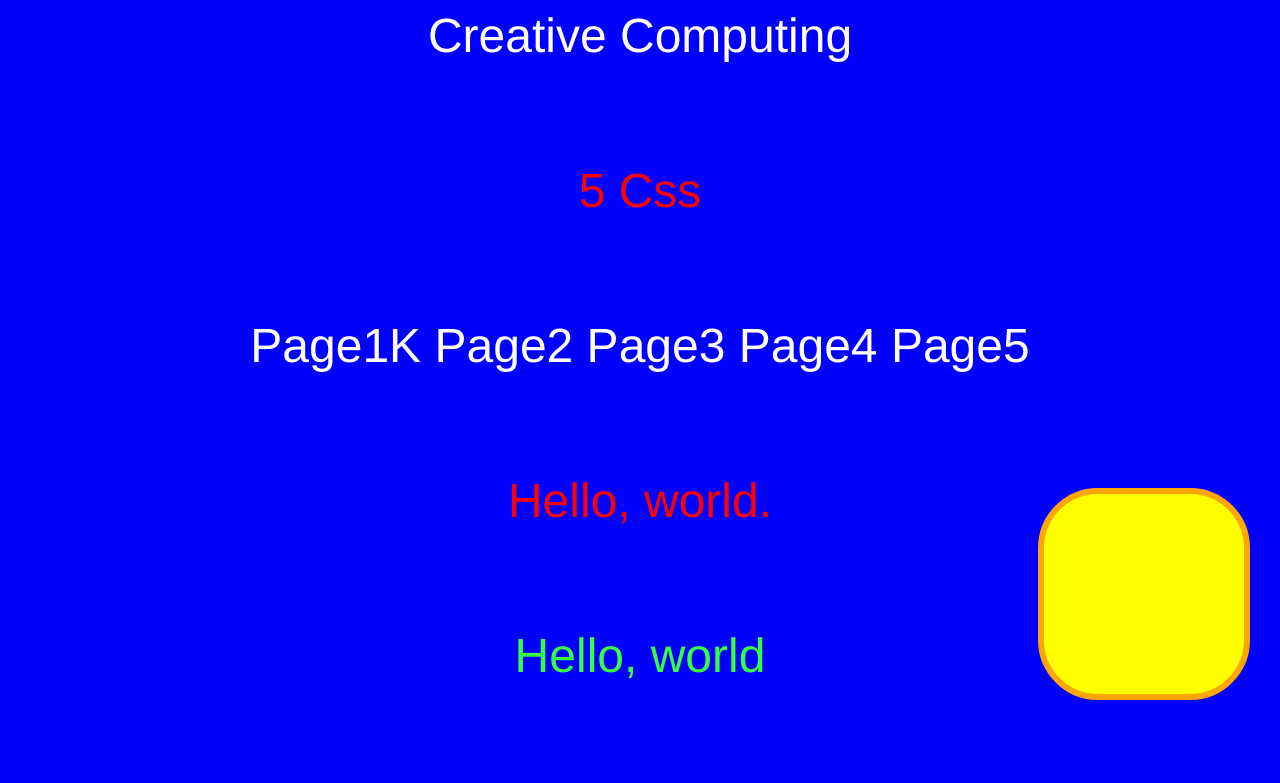
Repository: hanj291/hanj291.github.io
Page: index.html
The author's editor kept a record of every edit. The page is drawn from the files as they stood at one moment, then again after the next edit.
The browser window is 1280 px wide. The pictures show the whole page.

Above is the page before.

### index.html
<!DOCTYPE html>
<html>
	<head>
		<title>Hello, world.</title>
		<link href="styles.css" rel="stylesheet">
	</head>
	<body>

	<a href="http://creativecomputing.me">Creative
	Computing</a>

	<p class="5 CSS">5 Css </p>

	<a href="page1.html">Page1K</a>
	<a href="page2.html">Page2</a>
	<a href="page3.html">Page3</a>
	<a href="page4.html">Page4</a>
	<a href="page5.html">Page5</a>

	<div class="one">


	</div>
		<p>Hello, world.</p>
		<p class= "paragraph2">Hello, world</p>
	</body>
</html>

### styles.css
body {
    background-color: blue;
    color: red;
    font-size: 48px;
    font-family: Helvetica, Arial, sans-serif;
    text-align: center;

}

p {
    margin: 100px;
}

.paragraph2 {
    color: #35ff3f;
}

.one {
    width: 200px;
    height: 200px;
    background-color: yellow;
    position: fixed;
    bottom: 20px;
    right: 30px;
    border-radius: 60px;
        border: solid orange 6px;
}

.one:hover {
    background-color: lime;
}

a:link {
    color: white;
    text-decoration: none;
}

a:visited {
    color: black;
}

a:hover {
    color: red;
}

After the next edit:
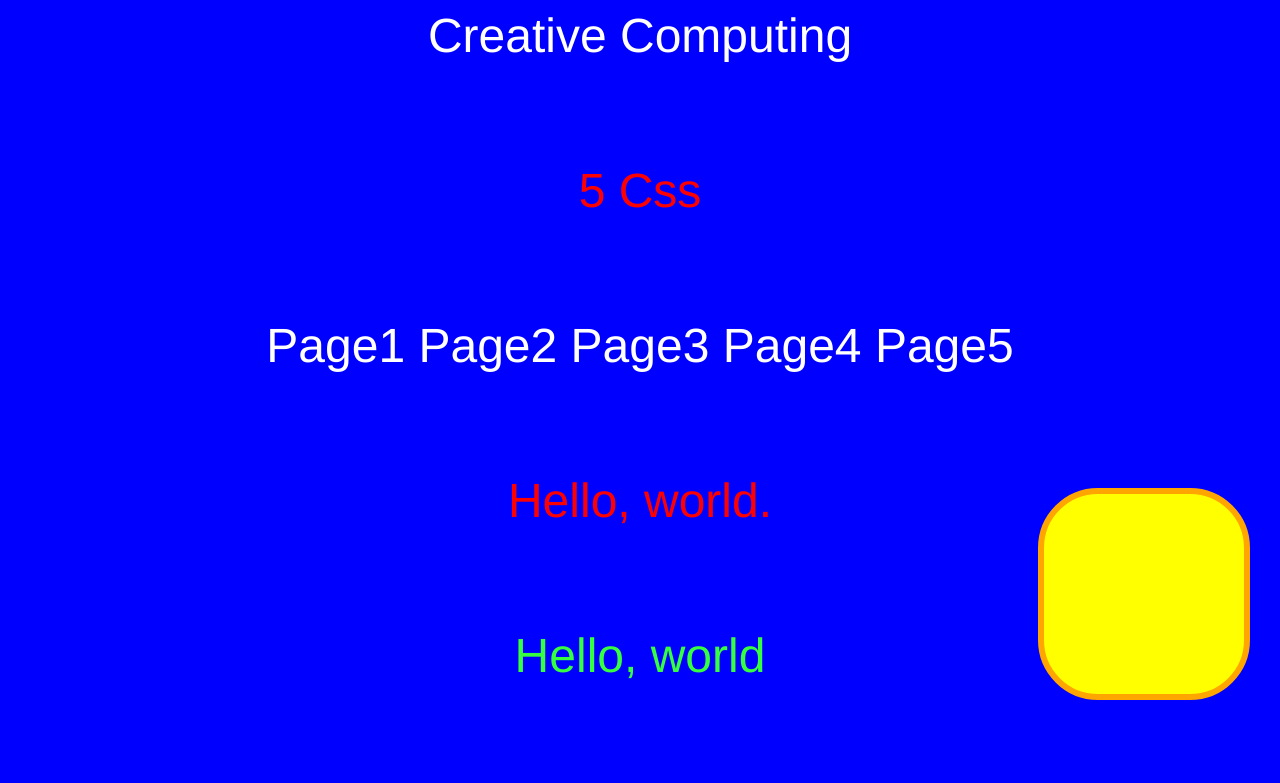
The edit:
--- a/index.html
+++ b/index.html
@@ -11,7 +11,7 @@
 
 	<p class="5 CSS">5 Css </p>
 
-	<a href="page1.html">Page1K</a>
+	<a href="page1.html">Page1</a>
 	<a href="page2.html">Page2</a>
 	<a href="page3.html">Page3</a>
 	<a href="page4.html">Page4</a>
